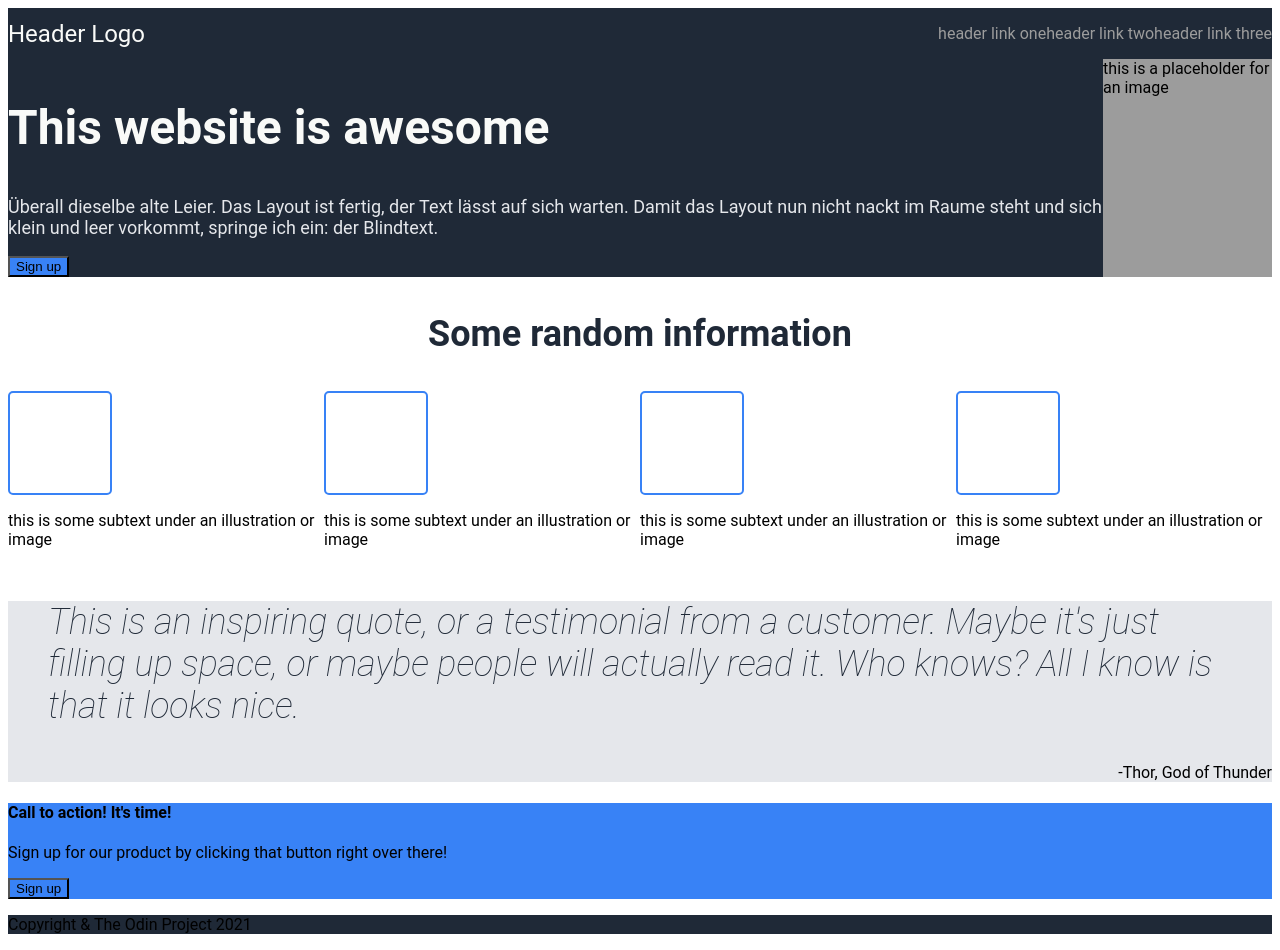
Repository: evemcd/odin_project
Page: odin-project2-landing-page/index.html
The author's editor kept a copy of each file at every save. The page is drawn from the files as they stood at one save, then again after the next save.
The browser window is 1280 px wide. The pictures show the whole page.

Above is the page before, as saved 2022-02-08 09:25:30.

After the next save:
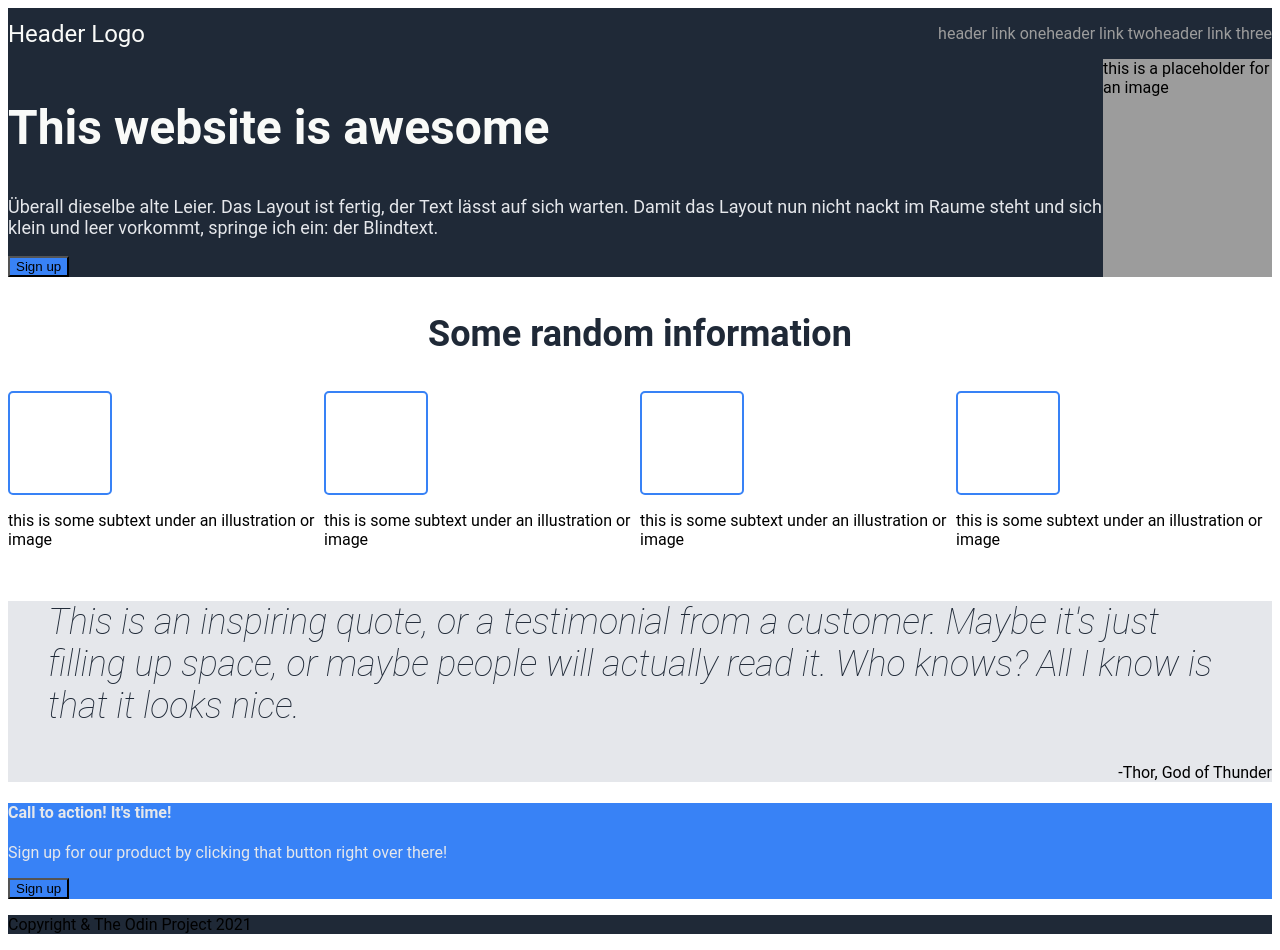
Saved 40 s later.
--- a/odin-project2-landing-page/style.css
+++ b/odin-project2-landing-page/style.css
@@ -94,4 +94,5 @@ blockquote {
 
 .blueBox {
     background-color: #3882F6;
+    color: #E5E7EB;
 }
